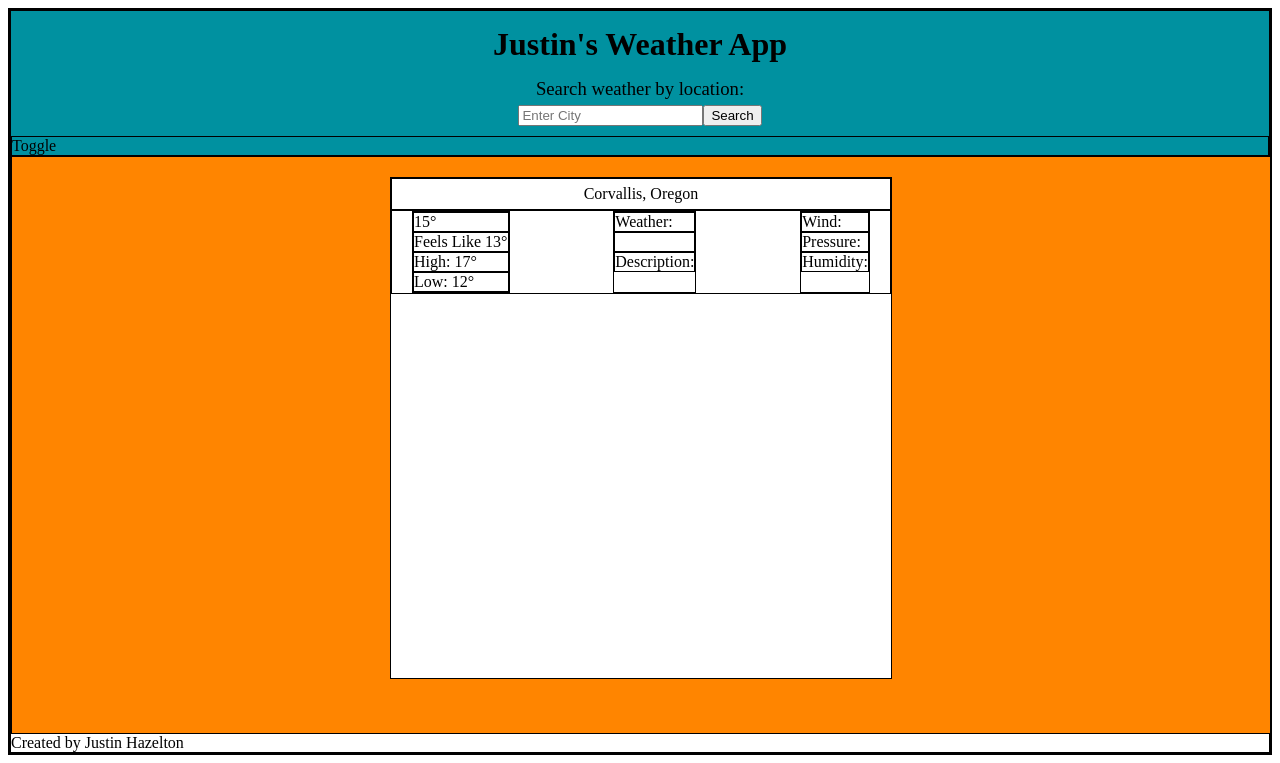
Repository: J-Haze/Weather
Page: /
The author's editor kept a copy of each file at every save. The page is drawn from the files as they stood at one save, then again after the next save.
The browser window is 1280 px wide. The pictures show the whole page.
The project was rebuilt for these pictures with package versions that can differ from the ones it lists, and the page was loaded fresh each time. Also part of the build but not shown: src/index.css.

Above is the page before, as saved 2020-09-06 20:21:34.

After the next save:
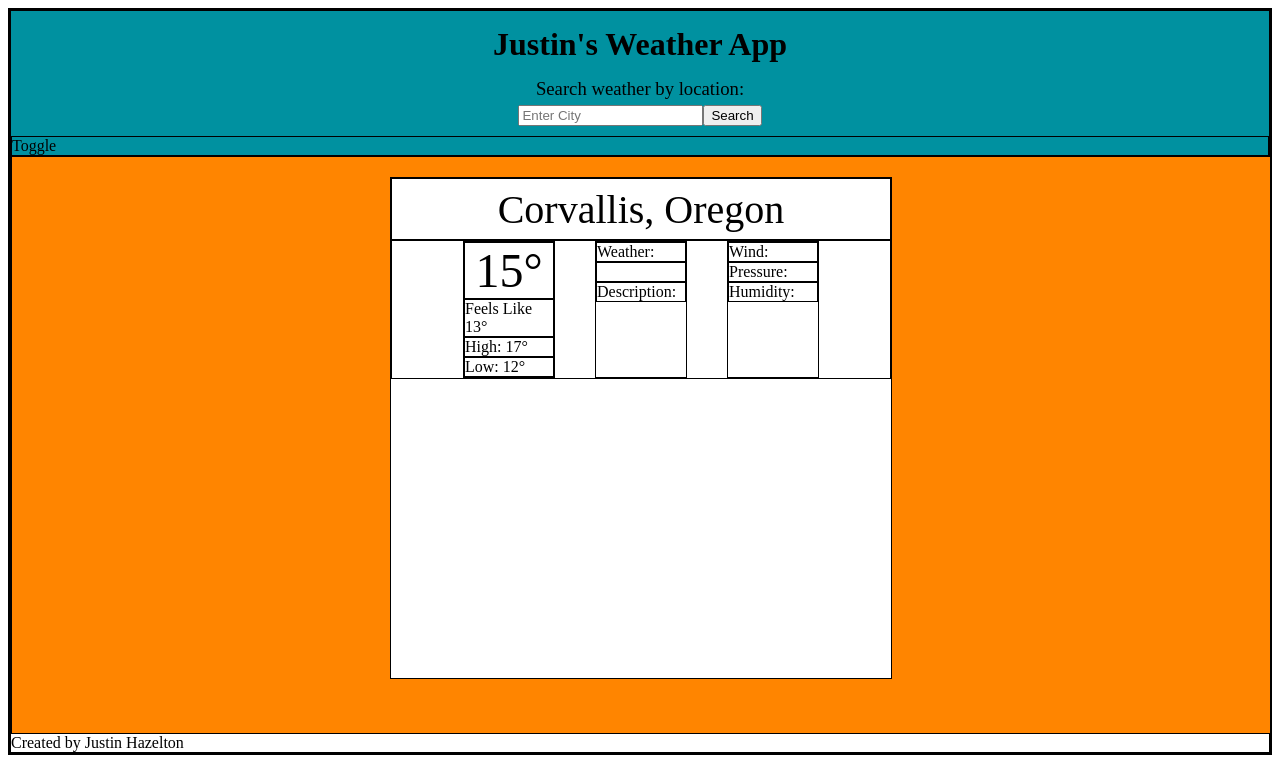
Saved 60 s later.
--- a/src/App.css
+++ b/src/App.css
@@ -110,7 +110,8 @@ header{
     margin-right: auto;
     justify-content: center;
      align-items: center;
-     height: 30px;
+     height: 60px;
+     font-size: 2.5em;
 }
 
 .row{
@@ -118,14 +119,27 @@ header{
 }
 
 .temp-container{
-    margin-left: 20px;
+    margin-left: auto;
+    width: 90px;
 }
 
 .weather-container{
-    margin-left: auto;
-    margin-right: auto;
+    margin-left: 40px;
+    margin-right: 40px;
+    width: 90px;
 }
 
 .other-container{
-    margin-right: 20px;
+    margin-right: auto;
+    width: 90px;
 }
+
+.temp-main{
+    display: flex;
+    font-size: 3em;
+    justify-content: center;
+    align-items: center;
+}
+
+.temp{
+}
